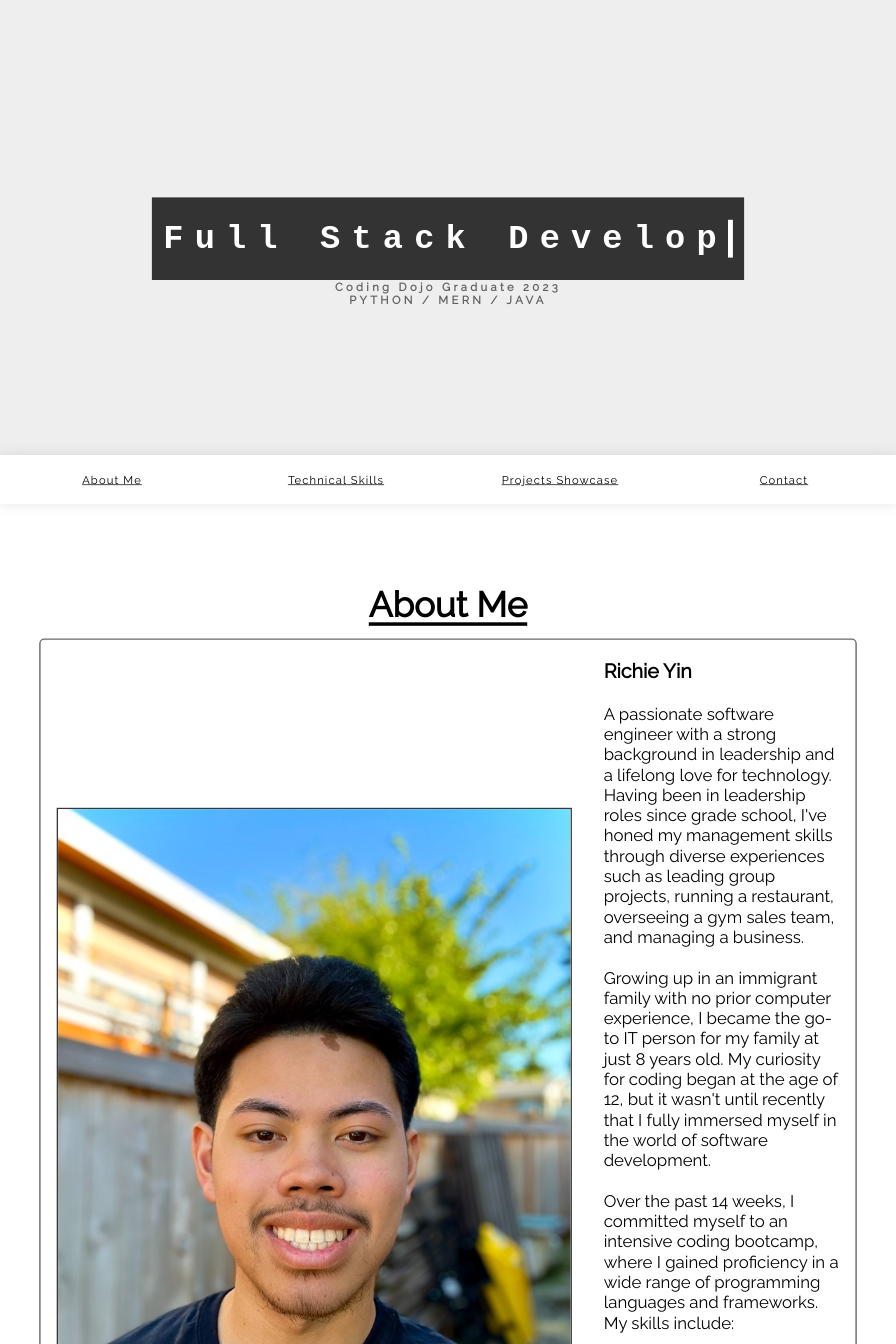
Repository: RICHIE-YIN/Personal-Portfolio
Page: index.html
An editor plug-in stored every save of this project. The page is shown before and after the next save, followed by the edit.
The browser window is 1280 px wide. The pictures show the part of the page from y = 0 to 1920 px (the page is 4161 px tall before and 4382 px after), at 70% of full size.
Some web fonts or font styles are not loaded; a fallback is used.

Above is the page before, as saved 2023-06-12 17:28:22.
Console error: ReferenceError: $ is not defined

After the next save:
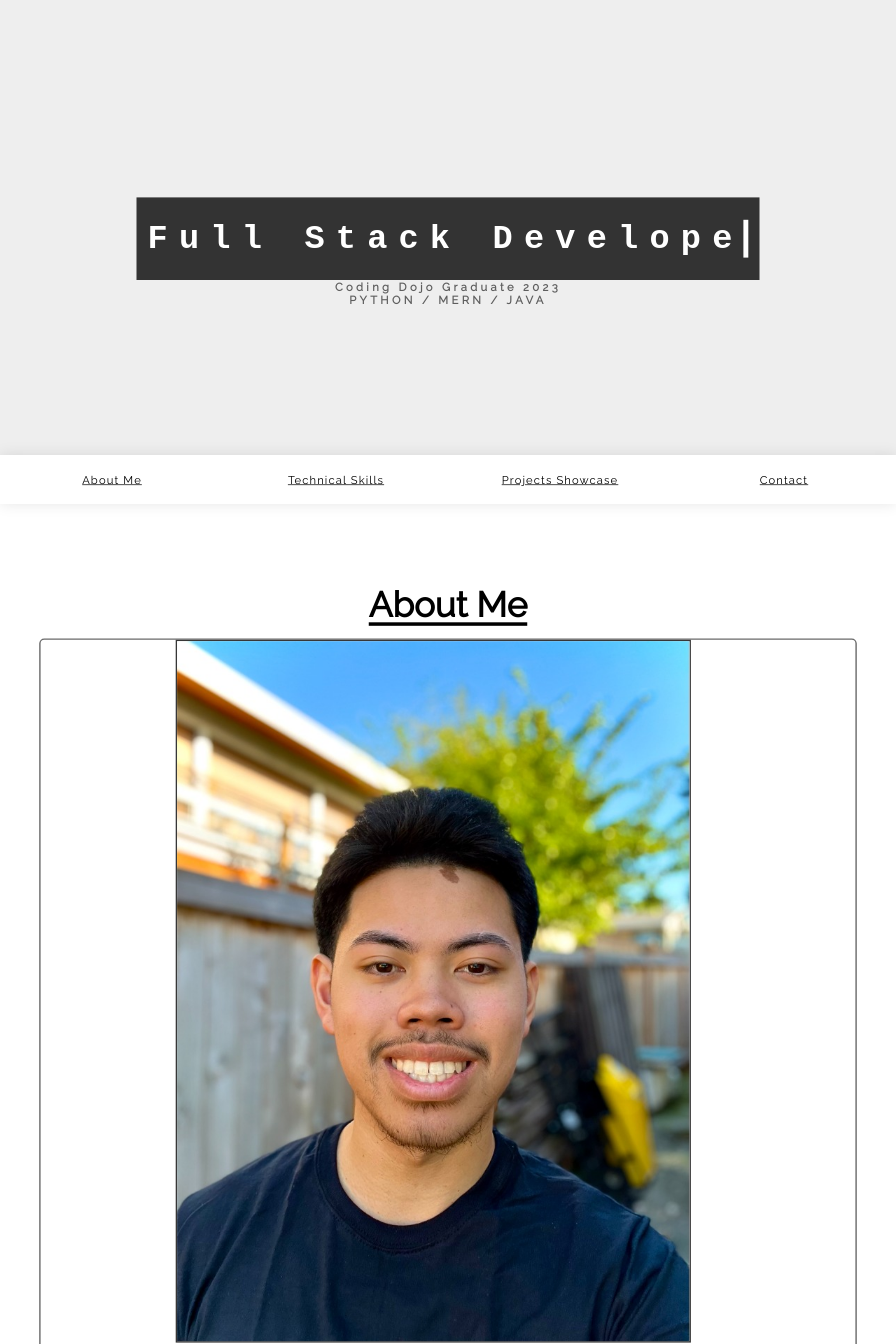
Saved 2 min 24 s later.
--- a/styles.css
+++ b/styles.css
@@ -123,6 +123,7 @@
 .profile-content {
     display: flex;
     flex-direction: row;
+    flex-wrap: wrap;
     align-items: center;
     justify-content: center;
     width: 90%;
@@ -133,13 +134,6 @@
     box-sizing: border-box;
 }
 
-/* .profile-content img {
-    width: 600px;
-    height: 825px;
-    margin-right: 4%;
-    margin-left: 2%;
-} */
-
 .profile-content img {
     max-width: 100%;
     height: auto;
@@ -150,7 +144,7 @@
 
 
 .profile-text {
-    flex: 1;
+    flex: 1 0 100%
 }
 
 .card-container {

After the 2 saves that followed:
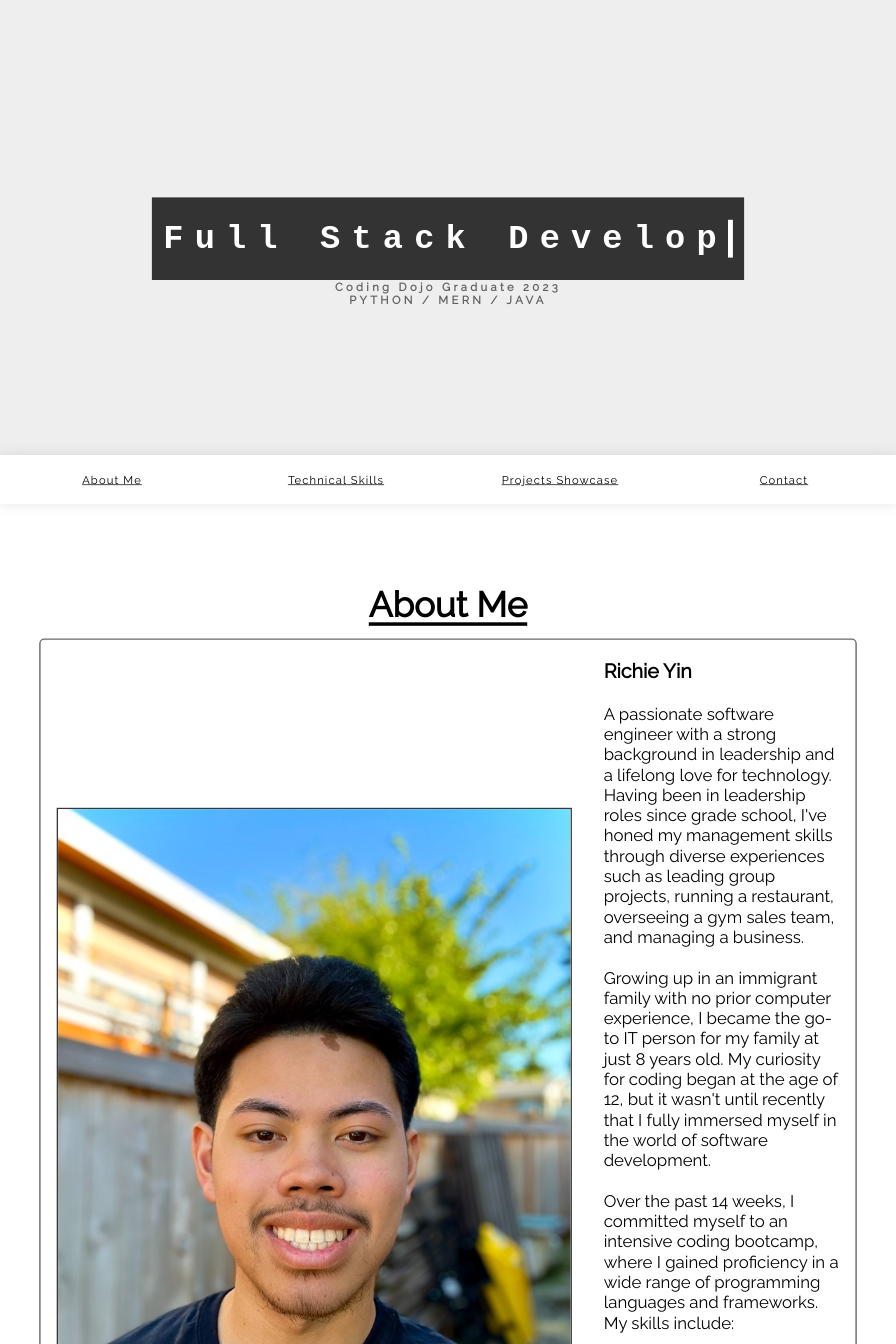
The 2 saves are shown as one change because 1 left the picture as it was.
The last was saved 104 s later.
--- a/styles.css
+++ b/styles.css
@@ -123,7 +123,6 @@
 .profile-content {
     display: flex;
     flex-direction: row;
-    flex-wrap: wrap;
     align-items: center;
     justify-content: center;
     width: 90%;
@@ -144,7 +143,7 @@
 
 
 .profile-text {
-    flex: 1 0 100%
+    flex: 1;
 }
 
 .card-container {
